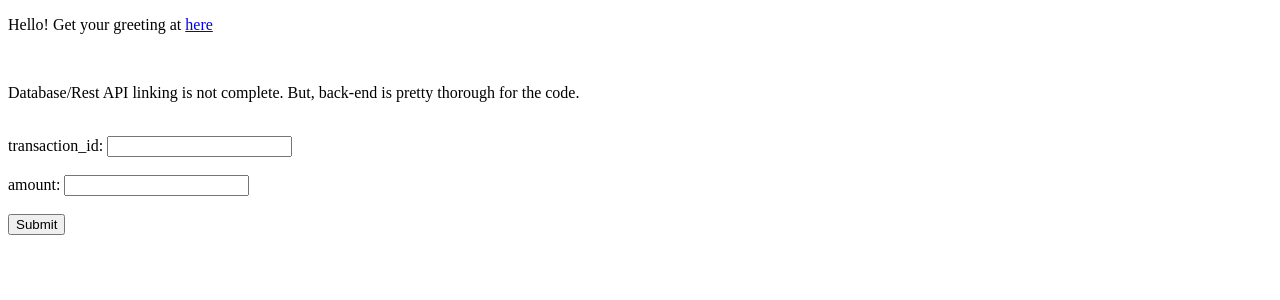
Repository: hcm4990/BankingApplicationRestAPI
Page: gs-serving-web-content-complete/src/main/resources/static/index.html
These files come from the project's save history. The page is drawn as it stood at one moment and after the next save; the edit follows.
The browser window is 1280 px wide. The pictures show the whole page.

Above is the page before, as saved 2020-04-06 15:06:55.

### gs-serving-web-content-complete/src/main/resources/static/index.html
<!DOCTYPE HTML>
<html>
<head>
<title>Getting Started: Serving Web Content</title>
<meta http-equiv="Content-Type" content="text/html; charset=UTF-8" />
</head>
<body>
	<p>
		Hello! Get your greeting at <a href="/greeting">here</a>
	</p>
	<br>
	<p>Database/Rest API linking is not complete. But, back-end is pretty thorough for the code.</p>
	<br>
	<form action="/transaction">
		<label for="transaction_id">transaction_id:</label> <input type="text" id="transaction_id"
			name="fname"><br>
		<br> <label for="amount">amount:</label> <input type="text"
			id="amount" name="amount"><br>
		<br> <input type="submit" value="Submit">
	</form>
</body>
</html>

After the next save:
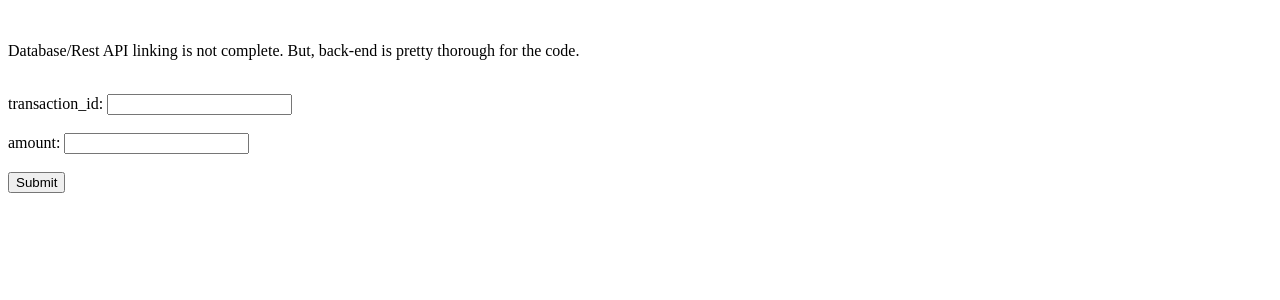
Saved 8 s later.
--- a/gs-serving-web-content-complete/src/main/resources/static/index.html
+++ b/gs-serving-web-content-complete/src/main/resources/static/index.html
@@ -5,9 +5,6 @@
 <meta http-equiv="Content-Type" content="text/html; charset=UTF-8" />
 </head>
 <body>
-	<p>
-		Hello! Get your greeting at <a href="/greeting">here</a>
-	</p>
 	<br>
 	<p>Database/Rest API linking is not complete. But, back-end is pretty thorough for the code.</p>
 	<br>
